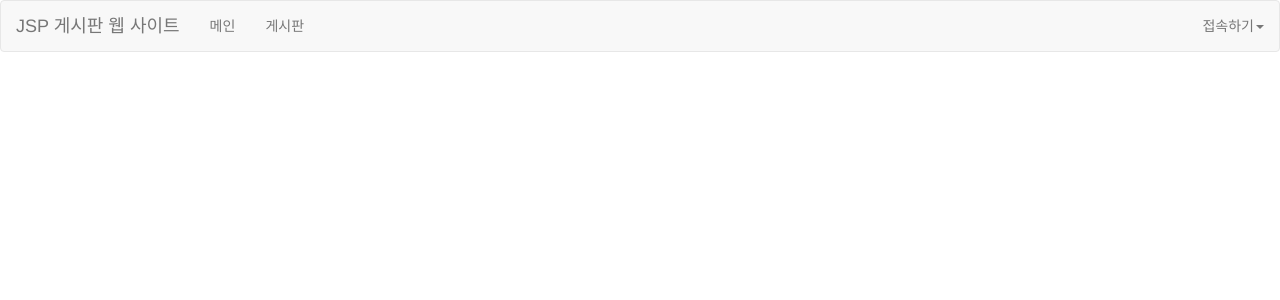
Repository: winter9388/JSP_BBS
Page: http://localhost/BBS/퍋ㅈ.jsp
An editor plug-in stored every save of this project. The page is shown before and after the next save, followed by the edit.
The browser window is 1280 px wide. The pictures show the whole page.
Some web libraries are served in a nearby version. The page is served by Tomcat 9. Other server files are loaded and not shown.

Above is the page before, as saved 2022-08-12 11:48:15.

### BBS/src/main/webapp/퍋ㅈ.jsp
<%@ page language="java" contentType="text/html; charset=UTF-8"
    pageEncoding="UTF-8"%>
<%@ page import="java.io.PrintWriter" %>
<!DOCTYPE html>
<html>
<head>
<meta charset="UTF-8">
<meta name="viewport" content="width=device-width", initial-scale="1">
<link rel="stylesheet" href="css/bootstrap.css">
<title>JSP 게시판 웹 사이트</title>
</head>
<body>
	<%
		String userID = null;
		if(session.getAttribute("userID") != null){ // 세션값이 존재하면
			userID = (String)session.getAttribute("userID"); // userID에 새션값을 입력
		}
	%>
	<nav class="navbar navbar-default">
		<div class="navbar-header">
			<button type="button" class="navbar-toggle collapsed"
				data-toggle="collapse" data-target="#bs-example-navbar-collapse-1"
				aria-expended="false">
				<span class="icon-bar"></span>
				<span class="icon-bar"></span>
				<span class="icon-bar"></span>
			</button>
			<a class="navbar-brand" href="main.jsp">JSP 게시판 웹 사이트</a>
		</div>
		<div class="collapse navbar-collapse" id="bs-example-navbar-collapse-1"
			aria-expended="false">
			<ul class="nav navbar-nav">
				<li><a class="active" href="main.jsp">메인</a></li>
				<li><a href="bbs.jsp">게시판</a></li>
			</ul>

			<%
				if(userID == null){ //세션이 없는경우 (로그인 되있지 않은 경우)만 아래 항목들을 보여줌
			%>
			<ul class="nav navbar-nav navbar-right">
				<li class="dropdown">
					<a href="#" class="dropdown-toggle"
						data-toggle="dropdown" role="button" aria-haspopup="true"
						aria-expanded="false">접속하기<span class="caret"></span></a>
					<ul class="dropdown-menu">
						<li><a href="login.jsp">로그인</a></li>
						<li><a href="join.jsp">회원가입</a></li>
					</ul>
				</li>
			</ul>
			<%
				} else {
			%>
			<ul class="nav navbar-nav navbar-right">
				<li class="dropdown">
					<a href="#" class="dropdown-toggle"
						data-toggle="dropdown" role="button" aria-haspopup="true"
						aria-expanded="false">회원관리<span class="caret"></span></a>
					<ul class="dropdown-menu">
						<li><a href="logoutAction.jsp">로그아웃</a></li>
					</ul>
				</li>
			</ul>
			<%
				}
			%>
		</div>
	</nav>

	<script src="https://code.jquery.com/jquery-3.1.1.min.js"></script>
	<script src="js/bootstrap.js"></script>
</body>
</html>

Loaded but not shown: BBS/src/main/webapp/css/bootstrap.css (library); BBS/src/main/webapp/js/bootstrap.js (library)

After the next save:
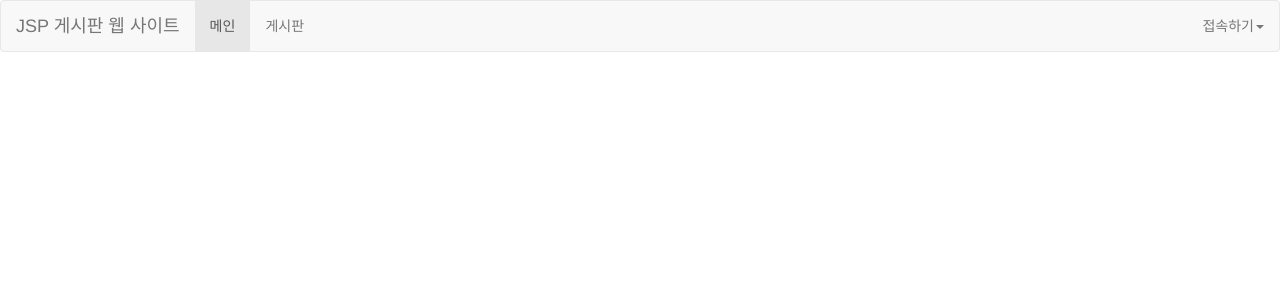
Saved 109 s later.
--- a/BBS/src/main/webapp/퍋ㅈ.jsp
+++ b/BBS/src/main/webapp/퍋ㅈ.jsp
@@ -30,7 +30,7 @@
 		<div class="collapse navbar-collapse" id="bs-example-navbar-collapse-1"
 			aria-expended="false">
 			<ul class="nav navbar-nav">
-				<li><a class="active" href="main.jsp">메인</a></li>
+				<li class="active" ><a href="main.jsp">메인</a></li>
 				<li><a href="bbs.jsp">게시판</a></li>
 			</ul>
 
